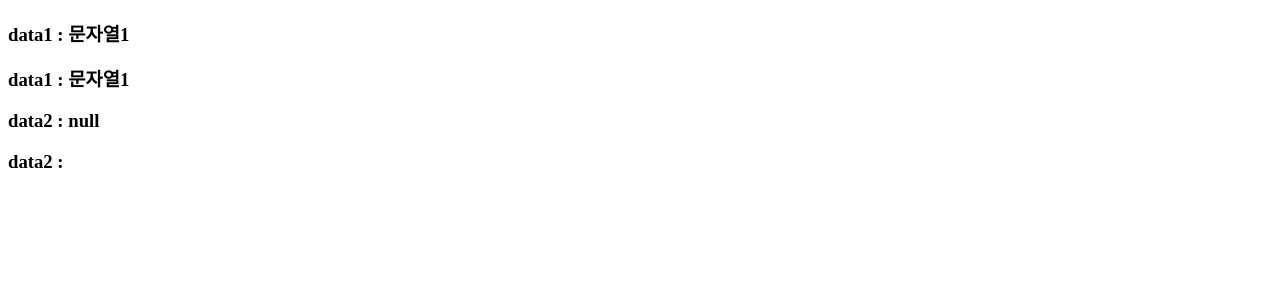
Repository: 2nho/personal-study
Page: http://localhost/ExWebPrj1/elexample1.jsp
An editor plug-in stored every save of this project. The page is shown before and after the next save, followed by the edit.
The browser window is 1280 px wide. The pictures show the whole page.
The page is served by Tomcat 9.

Above is the page before, as saved 2021-12-30 07:59:02.

After the next save:
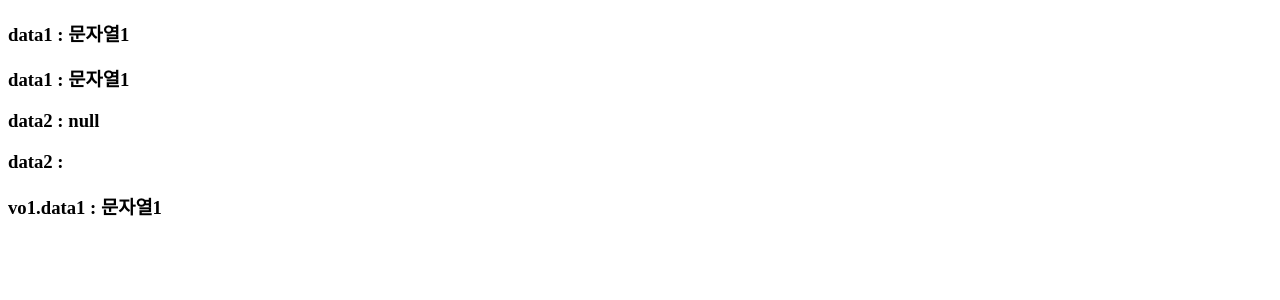
Saved 75 s later.
--- a/Java/workspace/ExWebPrj1/src/main/webapp/elexample1.jsp
+++ b/Java/workspace/ExWebPrj1/src/main/webapp/elexample1.jsp
@@ -21,5 +21,6 @@
 	<h3>data1 : ${data1}</h3>
 	<h3>data2 : <%=request.getAttribute("data2") %></h3>
 	<h3>data2 : ${data2}</h3>
+	<h3>vo1.data1 : <%=((DataVO)request.getAttribute("vo1")).getData1() %></h3>
 </body>
 </html>
